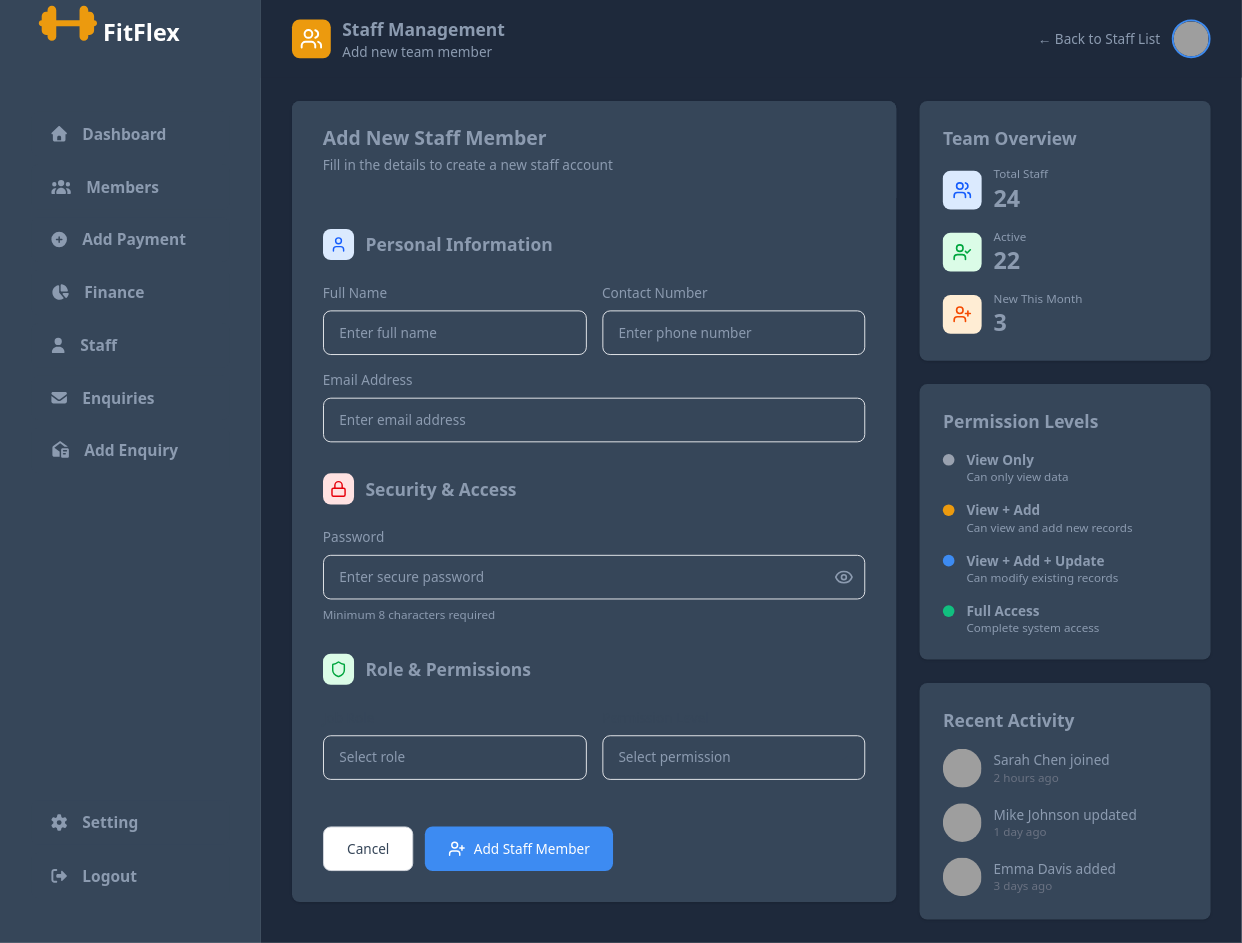
Repository: MuhammadTalhaTaj/gym_management_app_backend
Page: /addstaff (app in frontend/)
These files come from the project's save history. The page is drawn as it stood at one moment and after the next save; the edit follows.
The browser window is 1280 px wide. The pictures show the whole page, at 97% of full size.
Pictures or frames that could not be fetched are drawn as grey boxes. The project was rebuilt for these pictures with package versions that can differ from the ones it lists, and the page was loaded fresh each time. Also part of the build but not shown: frontend/vite.config.ts, frontend/src/assets/styles/AdminHeader.css, frontend/src/Components/AdminHeader.tsx, frontend/src/assets/styles/AdminDashboard.css, frontend/src/hooks/useDashboardData.ts, frontend/src/assets/styles/AdminDashboardStats.css, frontend/src/Components/AdminDashboardStats.tsx, frontend/src/Components/IncomeExpenseChart.tsx and 31 more.

Above is the page before, as saved 2025-11-21 10:48:00.

After the next save:
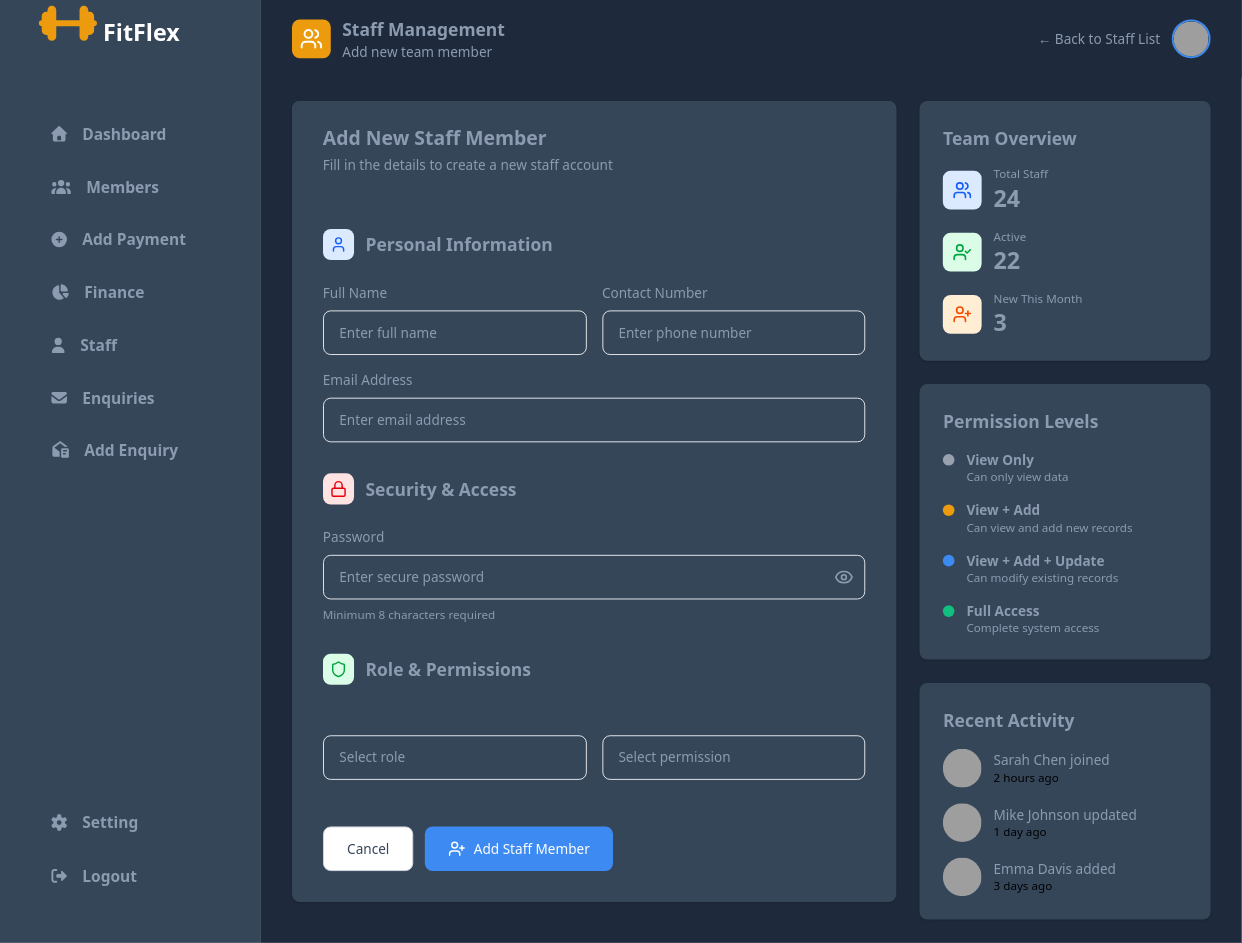
Saved 4 s later.
--- a/frontend/src/pages/Admin/AddStaff.tsx
+++ b/frontend/src/pages/Admin/AddStaff.tsx
@@ -179,7 +179,7 @@ const ActivityItem = ({ activity }) => (
       <p className="text-sm font-medium text-[var(--primary-300)]">
         {activity.name} {activity.action}
       </p>
-      <p className="text-xs text-gray-500">{activity.time}</p>
+      <p className="text-xs PermissionItem">{activity.time}</p>
     </div>
   </div>
 );
